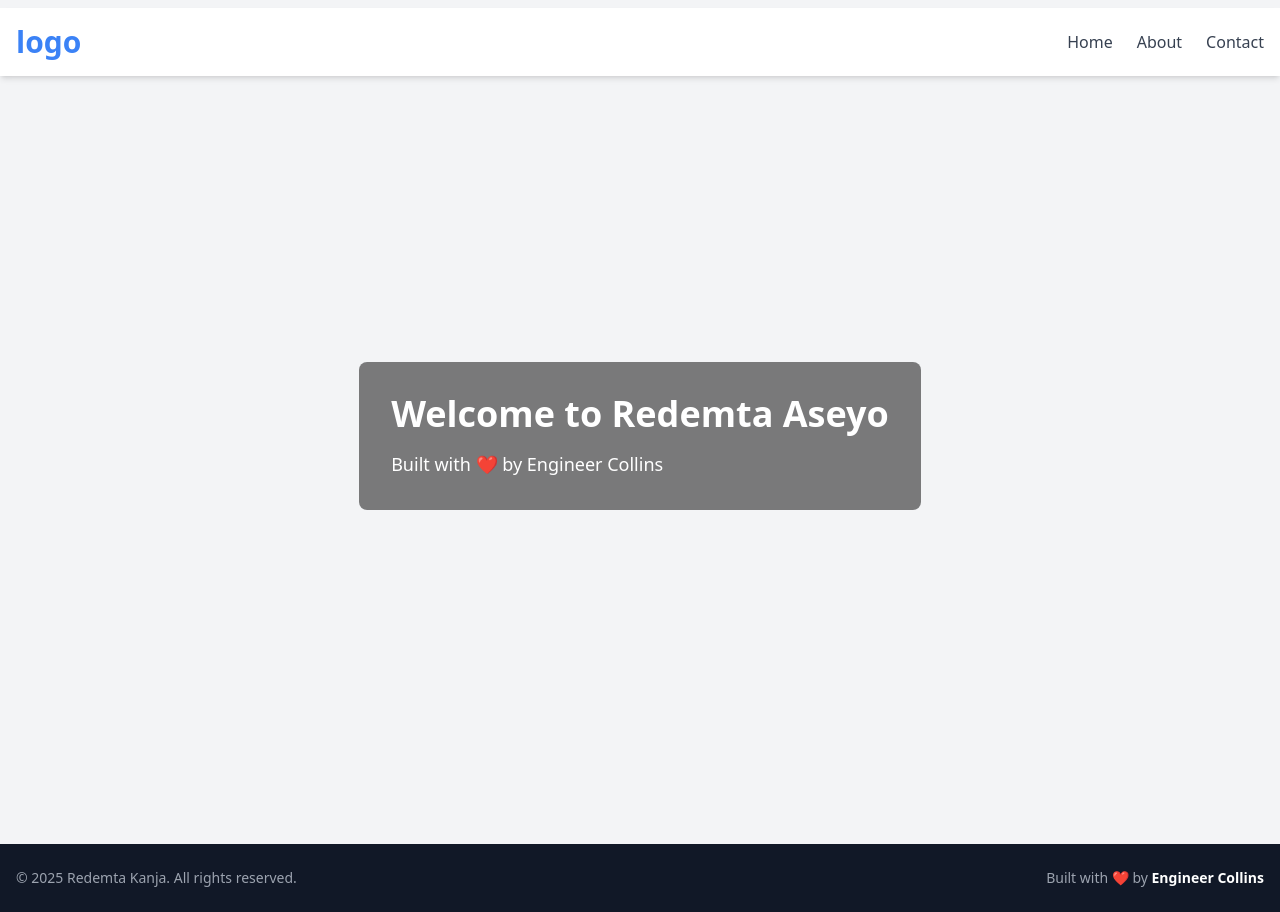
Repository: Engineer-collo/Redemta-Kanja-s-website
Page: /
These files come from the project's save history. The page is drawn as it stood at one moment and after a run of saves; the edit follows.
The browser window is 1280 px wide. The pictures show the whole page.
The project was rebuilt for these pictures with package versions that can differ from the ones it lists, and the page was loaded fresh each time. Also part of the build but not shown: vite.config.js, src/pages/About.jsx, src/pages/Contact.jsx.

Above is the page before, as saved 2025-05-17 20:12:41.
Not found: home-bg.jpg

After the next 3 saves:
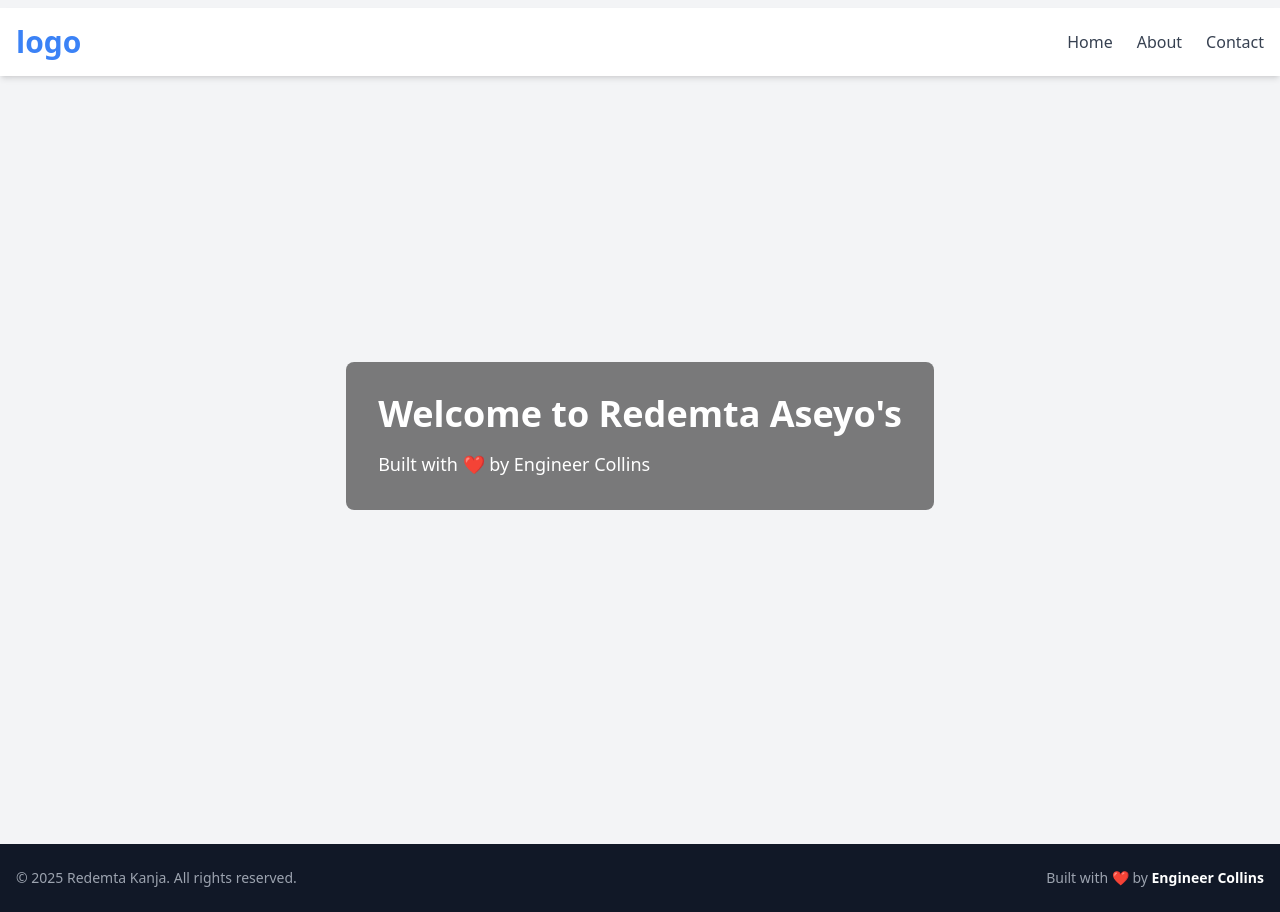
The 3 saves are shown as one change because they came seconds apart.
The last was saved 13 min 55 s later.
--- a/src/pages/Home.jsx
+++ b/src/pages/Home.jsx
@@ -4,7 +4,7 @@ const Home = () => {
         className="bg-[url('/home-bg.jpg')] bg-cover bg-center min-h-screen flex items-center justify-center text-white"
       >
         <div className="bg-black bg-opacity-50 p-8 rounded-lg">
-          <h1 className="text-4xl font-bold mb-4">Welcome to Redemta Aseyo</h1>
+          <h1 className="text-4xl font-bold mb-4">Welcome to Redemta Aseyo's </h1>
           <p className="text-lg">Built with ❤️ by Engineer Collins</p>
         </div>
       </div>
